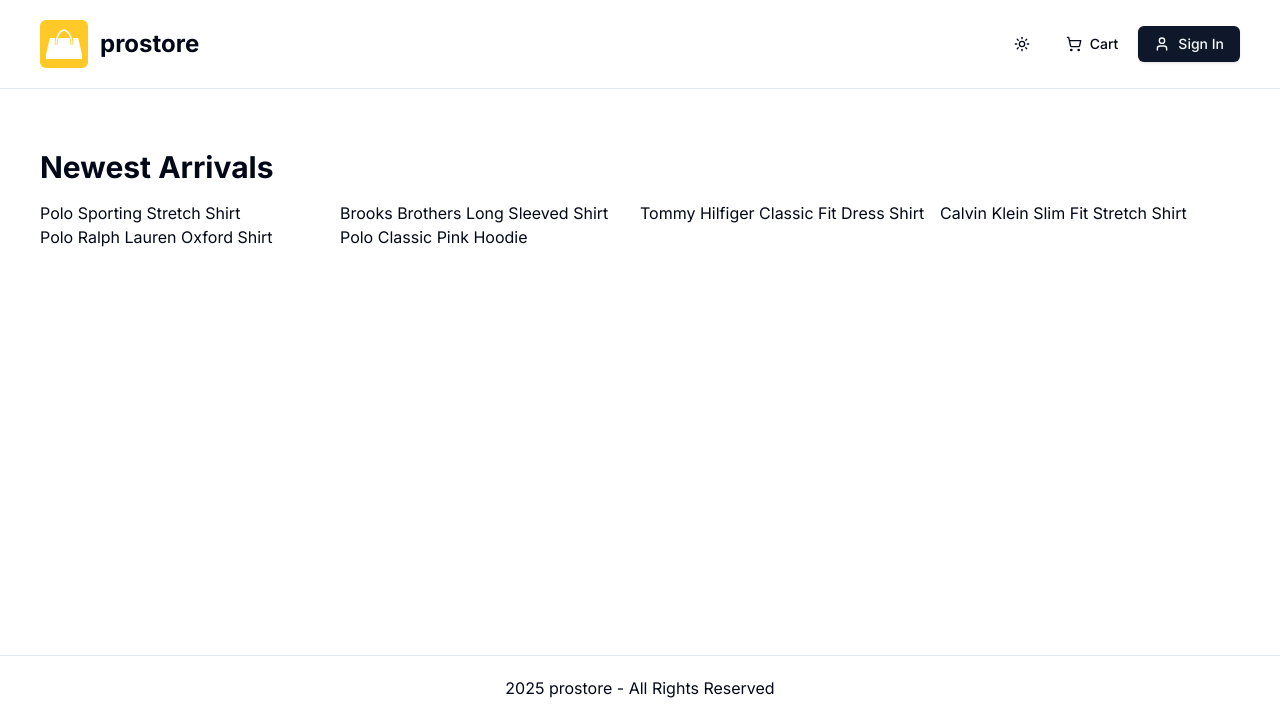
Repository: maminizer/prostore
Page: /
An editor plug-in stored every save of this project. The page is shown before and after the next save, followed by the edit.
The browser window is 1280 px wide. The pictures show the whole page.
The page's requests for data from a server got no answer. The project was rebuilt for these pictures with package versions that can differ from the ones it lists, and the page was loaded fresh each time. The framework's server and built-in components were replaced by stand-ins that run in the browser. No one was signed in, and anything a server would have sent is missing. Also part of the build but not shown: next.config.ts.

Above is the page before, as saved 2025-03-17 09:32:14.

### app/layout.tsx
import type { Metadata } from "next";
import { Inter } from "next/font/google";
import "@/assets/styles/globals.css";
import { APP_DESCRIPTION, APP_NAME, SERVER_URL } from "@/lib/constants";
import { ThemeProvider } from "next-themes";

const inter = Inter({ subsets: ["latin"] });

export const metadata: Metadata = {
  title: {
    template: `%s | Prostore`,
    default: APP_NAME,
  },
  description: APP_DESCRIPTION,
  metadataBase: new URL(SERVER_URL),
};

export default function RootLayout({
  children,
}: Readonly<{
  children: React.ReactNode;
}>) {
  return (
    <html lang="en" suppressHydrationWarning>
      <body className={`${inter.className} antialiased`}>
        <ThemeProvider
          attribute="class"
          defaultTheme="light"
          enableSystem
          disableTransitionOnChange
        >
          {children}
        </ThemeProvider>
      </body>
    </html>
  );
}

### app/(root)/page.tsx
import ProductList from "@/components/shared/product/product-list";
import sampleData from "@/db/sample-data";

const HomePage = async () => {
  return (
    <>
      <ProductList data={sampleData.products} title="Newest Arrivals" />
    </>
  );
};

export default HomePage;

### assets/styles/globals.css
@tailwind base;
@tailwind components;
@tailwind utilities;

@layer utilities {
  .wrapper {
    @apply max-w-7xl lg:mx-auto p-5 md:px-10 w-full;
  }

  .flex-start {
    @apply flex justify-start items-center;
  }
  .flex-center {
    @apply flex justify-center items-center;
  }

  .flex-between {
    @apply flex justify-between items-center;
  }

  .h1-bold {
    @apply font-bold text-3xl lg:text-4xl;
  }

  .h2-bold {
    @apply font-bold text-2xl lg:text-3xl;
  }

  .h3-bold {
    @apply font-bold text-xl lg:text-2xl;
  }
}

@layer base {
  :root {
    --background: 0 0% 100%;
    --foreground: 222.2 84% 4.9%;
    --card: 0 0% 100%;
    --card-foreground: 222.2 84% 4.9%;
    --popover: 0 0% 100%;
    --popover-foreground: 222.2 84% 4.9%;
    --primary: 222.2 47.4% 11.2%;
    --primary-foreground: 210 40% 98%;
    --secondary: 210 40% 96.1%;
    --secondary-foreground: 222.2 47.4% 11.2%;
    --muted: 210 40% 96.1%;
    --muted-foreground: 215.4 16.3% 46.9%;
    --accent: 210 40% 96.1%;
    --accent-foreground: 222.2 47.4% 11.2%;
    --destructive: 0 84.2% 60.2%;
    --destructive-foreground: 210 40% 98%;
    --border: 214.3 31.8% 91.4%;
    --input: 214.3 31.8% 91.4%;
    --ring: 222.2 84% 4.9%;
    --chart-1: 12 76% 61%;
    --chart-2: 173 58% 39%;
    --chart-3: 197 37% 24%;
    --chart-4: 43 74% 66%;
    --chart-5: 27 87% 67%;
    --radius: 0.5rem;
  }
  .dark {
    --background: 222.2 84% 4.9%;
    --foreground: 210 40% 98%;
    --card: 222.2 84% 4.9%;
    --card-foreground: 210 40% 98%;
    --popover: 222.2 84% 4.9%;
    --popover-foreground: 210 40% 98%;
    --primary: 210 40% 98%;
    --primary-foreground: 222.2 47.4% 11.2%;
    --secondary: 217.2 32.6% 17.5%;
    --secondary-foreground: 210 40% 98%;
    --muted: 217.2 32.6% 17.5%;
    --muted-foreground: 215 20.2% 65.1%;
    --accent: 217.2 32.6% 17.5%;
    --accent-foreground: 210 40% 98%;
    --destructive: 0 62.8% 30.6%;
    --destructive-foreground: 210 40% 98%;
    --border: 217.2 32.6% 17.5%;
    --input: 217.2 32.6% 17.5%;
    --ring: 212.7 26.8% 83.9%;
    --chart-1: 220 70% 50%;
    --chart-2: 160 60% 45%;
    --chart-3: 30 80% 55%;
    --chart-4: 280 65% 60%;
    --chart-5: 340 75% 55%;
  }
}

@layer base {
  body {
    @apply bg-background text-foreground;
  }
}



@layer base {
  * {
    @apply border-border;
  }
  body {
    @apply bg-background text-foreground;
  }
}

### lib/constants/index.ts
export const APP_NAME = process.env.NEXT_PUBLIC_APP_NAME || "prostore";
export const APP_DESCRIPTION =
  process.env.NEXT_PUBLIC_APP_DESCRIPTION || "modern e-commerce platform";
export const SERVER_URL =
  process.env.NEXT_PUBLIC_SERVER_URL || "http://localhost:3000";

### components/footer.tsx
import { APP_NAME } from "@/lib/constants";

const Footer = () => {
  const currentYear = new Date().getFullYear();
  return (
    <footer className="border-t">
      <div className="p-5 flex-center">
        {currentYear} {APP_NAME} - All Rights Reserved
      </div>
    </footer>
  );
};

export default Footer;

### components/shared/header/index.tsx
import Image from "next/image";
import Link from "next/link";
import { APP_NAME } from "@/lib/constants";
import Menu from "@/components/shared/header/menu";
const Header = () => {
  return (
    <header className="w-full border-b">
      <div className="wrapper flex-between">
        <div className="flex-start">
          <Link href="/" className="flex-start">
            <Image
              src="/images/logo.svg"
              alt={`${APP_NAME} logo`}
              height={48}
              width={48}
              priority={true}
            />
            <span className="hidden lg:block font-bold text-2xl ml-3">
              {APP_NAME}
            </span>
          </Link>
        </div>
        <Menu />
      </div>
    </header>
  );
};

export default Header;

### components/shared/product/product-list.tsx
const ProductList = ({ data, title }: { data: any; title?: string }) => {
  return (
    <div className="my-10">
      <h2 className="h2-bold mb-4">{title}</h2>
      {data.length > 0 ? (
        <div className="grid grid-cols-1 sm:grid-cols-2 md:grid-cols-3 lg:grid-cols-4">
          {data.map((product: any) => (
            <div>{product.name}</div>
          ))}
        </div>
      ) : (
        <div>
          <p>No products found </p>
        </div>
      )}
    </div>
  );
};

export default ProductList;

### components/shared/header/menu.tsx
import { Button } from "@/components/ui/button";
import ModeToggle from "./mode-toggle";
import Link from "next/link";
import {
  Sheet,
  SheetContent,
  SheetDescription,
  SheetTitle,
  SheetTrigger,
} from "@/components/ui/sheet";
import { EllipsisVertical, ShoppingCart, UserIcon } from "lucide-react";

const Menu = () => {
  return (
    <div className="flex justify-end gap-3">
      <nav className="hidden md:flex w-full max-w-xs gap-1">
        <ModeToggle />
        <Button asChild variant="ghost">
          <Link href="/cart">
            <ShoppingCart size={24} /> Cart
          </Link>
        </Button>
        <Button asChild>
          <Link href="/sign-in">
            <UserIcon size={24} /> Sign In
          </Link>
        </Button>
      </nav>
      <nav className="md:hidden">
        <Sheet>
          <SheetTrigger className="align-middle">
            <EllipsisVertical size={24} />
          </SheetTrigger>
          <SheetContent className="flex flex-col items-start">
            <SheetTitle>Menu</SheetTitle>
            <ModeToggle />
            <SheetDescription></SheetDescription>
            <Button asChild variant="ghost">
              <Link href="/cart">
                <ShoppingCart size={24} /> Cart
              </Link>
            </Button>
            <Button asChild>
              <Link href="/sign-in">
                <UserIcon size={24} /> Sign In
              </Link>
            </Button>
          </SheetContent>
        </Sheet>
      </nav>
    </div>
  );
};

export default Menu;

### components/ui/button.tsx
import * as React from "react"
import { Slot } from "@radix-ui/react-slot"
import { cva, type VariantProps } from "class-variance-authority"

import { cn } from "@/lib/utils"

const buttonVariants = cva(
  "inline-flex items-center justify-center gap-2 whitespace-nowrap rounded-md text-sm font-medium transition-colors focus-visible:outline-none focus-visible:ring-1 focus-visible:ring-ring disabled:pointer-events-none disabled:opacity-50 [&_svg]:pointer-events-none [&_svg]:size-4 [&_svg]:shrink-0",
  {
    variants: {
      variant: {
        default:
          "bg-primary text-primary-foreground shadow hover:bg-primary/90",
        destructive:
          "bg-destructive text-destructive-foreground shadow-sm hover:bg-destructive/90",
        outline:
          "border border-input bg-background shadow-sm hover:bg-accent hover:text-accent-foreground",
        secondary:
          "bg-secondary text-secondary-foreground shadow-sm hover:bg-secondary/80",
        ghost: "hover:bg-accent hover:text-accent-foreground",
        link: "text-primary underline-offset-4 hover:underline",
      },
      size: {
        default: "h-9 px-4 py-2",
        sm: "h-8 rounded-md px-3 text-xs",
        lg: "h-10 rounded-md px-8",
        icon: "h-9 w-9",
      },
    },
    defaultVariants: {
      variant: "default",
      size: "default",
    },
  }
)

export interface ButtonProps
  extends React.ButtonHTMLAttributes<HTMLButtonElement>,
    VariantProps<typeof buttonVariants> {
  asChild?: boolean
}

const Button = React.forwardRef<HTMLButtonElement, ButtonProps>(
  ({ className, variant, size, asChild = false, ...props }, ref) => {
    const Comp = asChild ? Slot : "button"
    return (
      <Comp
        className={cn(buttonVariants({ variant, size, className }))}
        ref={ref}
        {...props}
      />
    )
  }
)
Button.displayName = "Button"

export { Button, buttonVariants }

### components/shared/header/mode-toggle.tsx
"use client";
import { useState, useEffect } from "react";
import { Button } from "@/components/ui/button";
import { SunIcon, MoonIcon, SunMoon } from "lucide-react";
import {
  DropdownMenu,
  DropdownMenuContent,
  DropdownMenuCheckboxItem,
  DropdownMenuLabel,
  DropdownMenuSeparator,
  DropdownMenuTrigger,
} from "@/components/ui/dropdown-menu";
import { useTheme } from "next-themes";

const ModeToggle = () => {
  const [mounted, setMounted] = useState(false);
  const { theme, setTheme } = useTheme();

  useEffect(() => setMounted(true), []);
  if (!mounted) return null;

  return (
    <DropdownMenu>
      <DropdownMenuTrigger asChild>
        <Button
          variant="ghost"
          className="focus-visible:ring-0 focus-visible:ring-offset-0"
        >
          {theme === "system" ? (
            <SunMoon />
          ) : theme === "dark" ? (
            <MoonIcon />
          ) : (
            <SunIcon />
          )}
        </Button>
      </DropdownMenuTrigger>
      <DropdownMenuContent>
        <DropdownMenuLabel>Appearance</DropdownMenuLabel>
        <DropdownMenuSeparator />
        <DropdownMenuCheckboxItem
          checked={theme === "system"}
          onClick={() => setTheme("system")}
        >
          System
        </DropdownMenuCheckboxItem>
        <DropdownMenuCheckboxItem
          checked={theme === "dark"}
          onClick={() => setTheme("dark")}
        >
          Dark
        </DropdownMenuCheckboxItem>
        <DropdownMenuCheckboxItem
          checked={theme === "light"}
          onClick={() => setTheme("light")}
        >
          Light
        </DropdownMenuCheckboxItem>
      </DropdownMenuContent>
    </DropdownMenu>
  );
};

export default ModeToggle;

### components/ui/sheet.tsx
"use client"

import * as React from "react"
import * as SheetPrimitive from "@radix-ui/react-dialog"
import { cva, type VariantProps } from "class-variance-authority"
import { X } from "lucide-react"

import { cn } from "@/lib/utils"

const Sheet = SheetPrimitive.Root

const SheetTrigger = SheetPrimitive.Trigger

const SheetClose = SheetPrimitive.Close

const SheetPortal = SheetPrimitive.Portal

const SheetOverlay = React.forwardRef<
  React.ElementRef<typeof SheetPrimitive.Overlay>,
  React.ComponentPropsWithoutRef<typeof SheetPrimitive.Overlay>
>(({ className, ...props }, ref) => (
  <SheetPrimitive.Overlay
    className={cn(
      "fixed inset-0 z-50 bg-black/80  data-[state=open]:animate-in data-[state=closed]:animate-out data-[state=closed]:fade-out-0 data-[state=open]:fade-in-0",
      className
    )}
    {...props}
    ref={ref}
  />
))
SheetOverlay.displayName = SheetPrimitive.Overlay.displayName

const sheetVariants = cva(
  "fixed z-50 gap-4 bg-background p-6 shadow-lg transition ease-in-out data-[state=closed]:duration-300 data-[state=open]:duration-500 data-[state=open]:animate-in data-[state=closed]:animate-out",
  {
    variants: {
      side: {
        top: "inset-x-0 top-0 border-b data-[state=closed]:slide-out-to-top data-[state=open]:slide-in-from-top",
        bottom:
          "inset-x-0 bottom-0 border-t data-[state=closed]:slide-out-to-bottom data-[state=open]:slide-in-from-bottom",
        left: "inset-y-0 left-0 h-full w-3/4 border-r data-[state=closed]:slide-out-to-left data-[state=open]:slide-in-from-left sm:max-w-sm",
        right:
          "inset-y-0 right-0 h-full w-3/4 border-l data-[state=closed]:slide-out-to-right data-[state=open]:slide-in-from-right sm:max-w-sm",
      },
    },
    defaultVariants: {
      side: "right",
    },
  }
)

interface SheetContentProps
  extends React.ComponentPropsWithoutRef<typeof SheetPrimitive.Content>,
    VariantProps<typeof sheetVariants> {}

const SheetContent = React.forwardRef<
  React.ElementRef<typeof SheetPrimitive.Content>,
  SheetContentProps
>(({ side = "right", className, children, ...props }, ref) => (
  <SheetPortal>
    <SheetOverlay />
    <SheetPrimitive.Content
      ref={ref}
      className={cn(sheetVariants({ side }), className)}
      {...props}
    >
      <SheetPrimitive.Close className="absolute right-4 top-4 rounded-sm opacity-70 ring-offset-background transition-opacity hover:opacity-100 focus:outline-none focus:ring-2 focus:ring-ring focus:ring-offset-2 disabled:pointer-events-none data-[state=open]:bg-secondary">
        <X className="h-4 w-4" />
        <span className="sr-only">Close</span>
      </SheetPrimitive.Close>
      {children}
    </SheetPrimitive.Content>
  </SheetPortal>
))
SheetContent.displayName = SheetPrimitive.Content.displayName

const SheetHeader = ({
  className,
  ...props
}: React.HTMLAttributes<HTMLDivElement>) => (
  <div
    className={cn(
      "flex flex-col space-y-2 text-center sm:text-left",
      className
    )}
    {...props}
  />
)
SheetHeader.displayName = "SheetHeader"

const SheetFooter = ({
  className,
  ...props
}: React.HTMLAttributes<HTMLDivElement>) => (
  <div
    className={cn(
      "flex flex-col-reverse sm:flex-row sm:justify-end sm:space-x-2",
      className
    )}
    {...props}
  />
)
SheetFooter.displayName = "SheetFooter"

const SheetTitle = React.forwardRef<
  React.ElementRef<typeof SheetPrimitive.Title>,
  React.ComponentPropsWithoutRef<typeof SheetPrimitive.Title>
>(({ className, ...props }, ref) => (
  <SheetPrimitive.Title
    ref={ref}
    className={cn("text-lg font-semibold text-foreground", className)}
    {...props}
  />
))
SheetTitle.displayName = SheetPrimitive.Title.displayName

const SheetDescription = React.forwardRef<
  React.ElementRef<typeof SheetPrimitive.Description>,
  React.ComponentPropsWithoutRef<typeof SheetPrimitive.Description>
>(({ className, ...props }, ref) => (
  <SheetPrimitive.Description
    ref={ref}
    className={cn("text-sm text-muted-foreground", className)}
    {...props}
  />
))
SheetDescription.displayName = SheetPrimitive.Description.displayName

export {
  Sheet,
  SheetPortal,
  SheetOverlay,
  SheetTrigger,
  SheetClose,
  SheetContent,
  SheetHeader,
  SheetFooter,
  SheetTitle,
  SheetDescription,
}

### components/ui/dropdown-menu.tsx
"use client"

import * as React from "react"
import * as DropdownMenuPrimitive from "@radix-ui/react-dropdown-menu"
import { Check, ChevronRight, Circle } from "lucide-react"

import { cn } from "@/lib/utils"

const DropdownMenu = DropdownMenuPrimitive.Root

const DropdownMenuTrigger = DropdownMenuPrimitive.Trigger

const DropdownMenuGroup = DropdownMenuPrimitive.Group

const DropdownMenuPortal = DropdownMenuPrimitive.Portal

const DropdownMenuSub = DropdownMenuPrimitive.Sub

const DropdownMenuRadioGroup = DropdownMenuPrimitive.RadioGroup

const DropdownMenuSubTrigger = React.forwardRef<
  React.ElementRef<typeof DropdownMenuPrimitive.SubTrigger>,
  React.ComponentPropsWithoutRef<typeof DropdownMenuPrimitive.SubTrigger> & {
    inset?: boolean
  }
>(({ className, inset, children, ...props }, ref) => (
  <DropdownMenuPrimitive.SubTrigger
    ref={ref}
    className={cn(
      "flex cursor-default select-none items-center gap-2 rounded-sm px-2 py-1.5 text-sm outline-none focus:bg-accent data-[state=open]:bg-accent [&_svg]:pointer-events-none [&_svg]:size-4 [&_svg]:shrink-0",
      inset && "pl-8",
      className
    )}
    {...props}
  >
    {children}
    <ChevronRight className="ml-auto" />
  </DropdownMenuPrimitive.SubTrigger>
))
DropdownMenuSubTrigger.displayName =
  DropdownMenuPrimitive.SubTrigger.displayName

const DropdownMenuSubContent = React.forwardRef<
  React.ElementRef<typeof DropdownMenuPrimitive.SubContent>,
  React.ComponentPropsWithoutRef<typeof DropdownMenuPrimitive.SubContent>
>(({ className, ...props }, ref) => (
  <DropdownMenuPrimitive.SubContent
    ref={ref}
    className={cn(
      "z-50 min-w-[8rem] overflow-hidden rounded-md border bg-popover p-1 text-popover-foreground shadow-lg data-[state=open]:animate-in data-[state=closed]:animate-out data-[state=closed]:fade-out-0 data-[state=open]:fade-in-0 data-[state=closed]:zoom-out-95 data-[state=open]:zoom-in-95 data-[side=bottom]:slide-in-from-top-2 data-[side=left]:slide-in-from-right-2 data-[side=right]:slide-in-from-left-2 data-[side=top]:slide-in-from-bottom-2",
      className
    )}
    {...props}
  />
))
DropdownMenuSubContent.displayName =
  DropdownMenuPrimitive.SubContent.displayName

const DropdownMenuContent = React.forwardRef<
  React.ElementRef<typeof DropdownMenuPrimitive.Content>,
  React.ComponentPropsWithoutRef<typeof DropdownMenuPrimitive.Content>
>(({ className, sideOffset = 4, ...props }, ref) => (
  <DropdownMenuPrimitive.Portal>
    <DropdownMenuPrimitive.Content
      ref={ref}
      sideOffset={sideOffset}
      className={cn(
        "z-50 max-h-[var(--radix-dropdown-menu-content-available-height)] min-w-[8rem] overflow-y-auto overflow-x-hidden rounded-md border bg-popover p-1 text-popover-foreground shadow-md",
        "data-[state=open]:animate-in data-[state=closed]:animate-out data-[state=closed]:fade-out-0 data-[state=open]:fade-in-0 data-[state=closed]:zoom-out-95 data-[state=open]:zoom-in-95 data-[side=bottom]:slide-in-from-top-2 data-[side=left]:slide-in-from-right-2 data-[side=right]:slide-in-from-left-2 data-[side=top]:slide-in-from-bottom-2",
        className
      )}
      {...props}
    />
  </DropdownMenuPrimitive.Portal>
))
DropdownMenuContent.displayName = DropdownMenuPrimitive.Content.displayName

const DropdownMenuItem = React.forwardRef<
  React.ElementRef<typeof DropdownMenuPrimitive.Item>,
  React.ComponentPropsWithoutRef<typeof DropdownMenuPrimitive.Item> & {
    inset?: boolean
  }
>(({ className, inset, ...props }, ref) => (
  <DropdownMenuPrimitive.Item
    ref={ref}
    className={cn(
      "relative flex cursor-default select-none items-center gap-2 rounded-sm px-2 py-1.5 text-sm outline-none transition-colors focus:bg-accent focus:text-accent-foreground data-[disabled]:pointer-events-none data-[disabled]:opacity-50 [&>svg]:size-4 [&>svg]:shrink-0",
      inset && "pl-8",
      className
    )}
    {...props}
  />
))
DropdownMenuItem.displayName = DropdownMenuPrimitive.Item.displayName

const DropdownMenuCheckboxItem = React.forwardRef<
  React.ElementRef<typeof DropdownMenuPrimitive.CheckboxItem>,
  React.ComponentPropsWithoutRef<typeof DropdownMenuPrimitive.CheckboxItem>
>(({ className, children, checked, ...props }, ref) => (
  <DropdownMenuPrimitive.CheckboxItem
    ref={ref}
    className={cn(
      "relative flex cursor-default select-none items-center rounded-sm py-1.5 pl-8 pr-2 text-sm outline-none transition-colors focus:bg-accent focus:text-accent-foreground data-[disabled]:pointer-events-none data-[disabled]:opacity-50",
      className
    )}
    checked={checked}
    {...props}
  >
    <span className="absolute left-2 flex h-3.5 w-3.5 items-center justify-center">
      <DropdownMenuPrimitive.ItemIndicator>
        <Check className="h-4 w-4" />
      </DropdownMenuPrimitive.ItemIndicator>
    </span>
    {children}
  </DropdownMenuPrimitive.CheckboxItem>
))
DropdownMenuCheckboxItem.displayName =
  DropdownMenuPrimitive.CheckboxItem.displayName

const DropdownMenuRadioItem = React.forwardRef<
  React.ElementRef<typeof DropdownMenuPrimitive.RadioItem>,
  React.ComponentPropsWithoutRef<typeof DropdownMenuPrimitive.RadioItem>
>(({ className, children, ...props }, ref) => (
  <DropdownMenuPrimitive.RadioItem
    ref={ref}
    className={cn(
      "relative flex cursor-default select-none items-center rounded-sm py-1.5 pl-8 pr-2 text-sm outline-none transition-colors focus:bg-accent focus:text-accent-foreground data-[disabled]:pointer-events-none data-[disabled]:opacity-50",
      className
    )}
    {...props}
  >
    <span className="absolute left-2 flex h-3.5 w-3.5 items-center justify-center">
      <DropdownMenuPrimitive.ItemIndicator>
        <Circle className="h-2 w-2 fill-current" />
      </DropdownMenuPrimitive.ItemIndicator>
    </span>
    {children}
  </DropdownMenuPrimitive.RadioItem>
))
DropdownMenuRadioItem.displayName = DropdownMenuPrimitive.RadioItem.displayName

const DropdownMenuLabel = React.forwardRef<
  React.ElementRef<typeof DropdownMenuPrimitive.Label>,
  React.ComponentPropsWithoutRef<typeof DropdownMenuPrimitive.Label> & {
    inset?: boolean
  }
>(({ className, inset, ...props }, ref) => (
  <DropdownMenuPrimitive.Label
    ref={ref}
    className={cn(
      "px-2 py-1.5 text-sm font-semibold",
      inset && "pl-8",
      className
    )}
    {...props}
  />
))
DropdownMenuLabel.displayName = DropdownMenuPrimitive.Label.displayName

const DropdownMenuSeparator = React.forwardRef<
  React.ElementRef<typeof DropdownMenuPrimitive.Separator>,
  React.ComponentPropsWithoutRef<typeof DropdownMenuPrimitive.Separator>
>(({ className, ...props }, ref) => (
  <DropdownMenuPrimitive.Separator
    ref={ref}
    className={cn("-mx-1 my-1 h-px bg-muted", className)}
    {...props}
  />
))
DropdownMenuSeparator.displayName = DropdownMenuPrimitive.Separator.displayName

const DropdownMenuShortcut = ({
  className,
  ...props
}: React.HTMLAttributes<HTMLSpanElement>) => {
  return (
    <span
      className={cn("ml-auto text-xs tracking-widest opacity-60", className)}
      {...props}
    />
  )
}
DropdownMenuShortcut.displayName = "DropdownMenuShortcut"

export {
  DropdownMenu,
  DropdownMenuTrigger,
  DropdownMenuContent,
  DropdownMenuItem,
  DropdownMenuCheckboxItem,
  DropdownMenuRadioItem,
  DropdownMenuLabel,
  DropdownMenuSeparator,
  DropdownMenuShortcut,
  DropdownMenuGroup,
  DropdownMenuPortal,
  DropdownMenuSub,
  DropdownMenuSubContent,
  DropdownMenuSubTrigger,
  DropdownMenuRadioGroup,
}

Loaded but not shown: app/(root)/layout.tsx (common file); db/sample-data.ts (common file); lib/utils.ts (common file); tailwind.config.ts (common file)

After the next save:
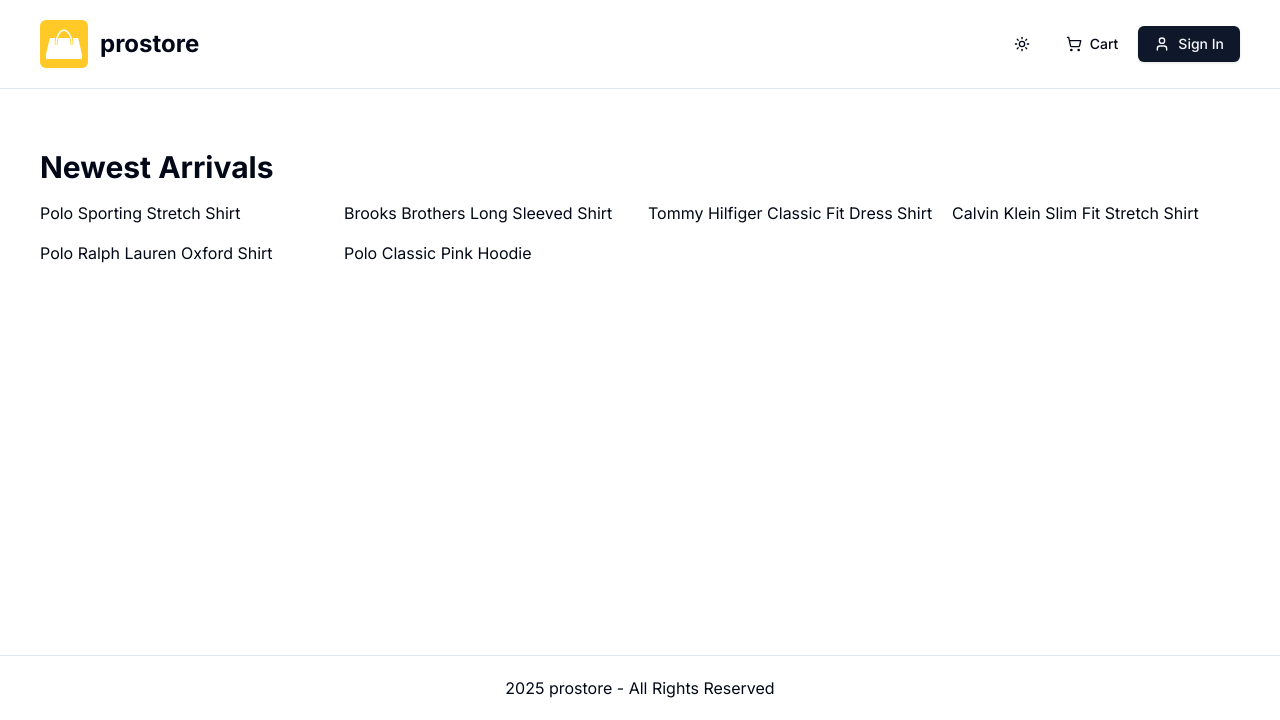
Saved 16 min 8 s later.
--- a/components/shared/product/product-list.tsx
+++ b/components/shared/product/product-list.tsx
@@ -3,7 +3,7 @@
     <div className="my-10">
       <h2 className="h2-bold mb-4">{title}</h2>
       {data.length > 0 ? (
-        <div className="grid grid-cols-1 sm:grid-cols-2 md:grid-cols-3 lg:grid-cols-4">
+        <div className="grid grid-cols-1 sm:grid-cols-2 md:grid-cols-3 lg:grid-cols-4 gap-4">
           {data.map((product: any) => (
             <div>{product.name}</div>
           ))}
